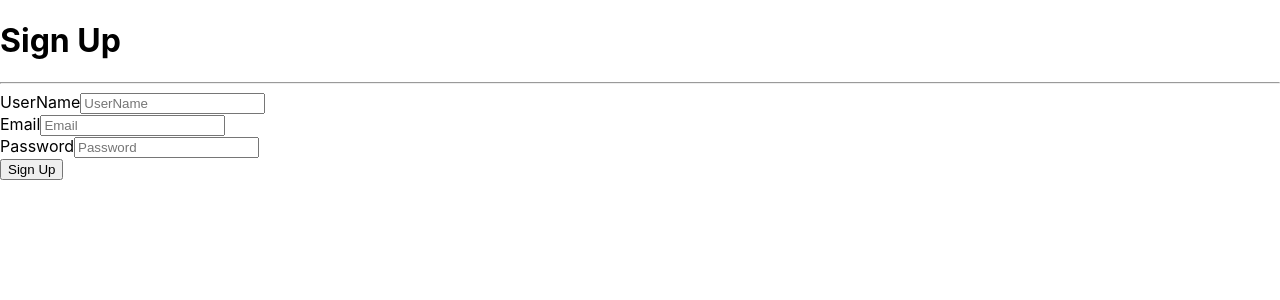
Repository: tosaken1116/Backs-of-seniors-hackathon
Page: /components/SignUpModal
An editor plug-in stored every save of this project. The page is shown before and after the next save, followed by the edit.
The browser window is 1280 px wide. The pictures show the whole page.
The project was rebuilt for these pictures with package versions that can differ from the ones it lists, and the page was loaded fresh each time. The framework's server and built-in components were replaced by stand-ins that run in the browser. Also part of the build but not shown: next.config.js.

Above is the page before, as saved 2022-07-16 12:49:18.

After the next save:
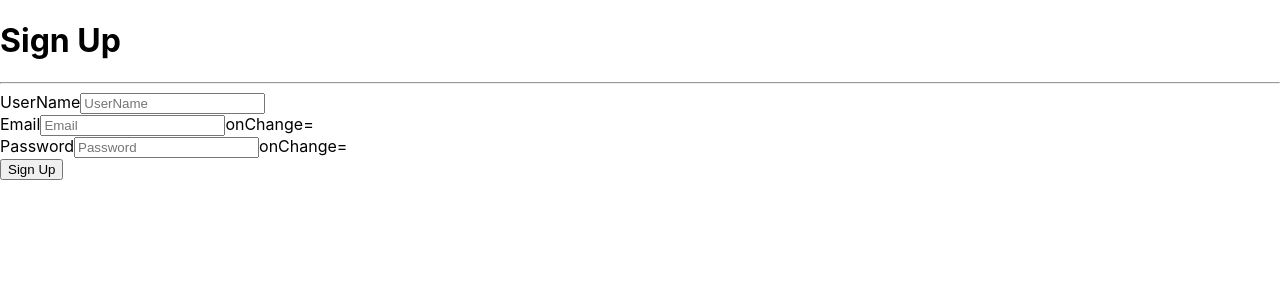
Saved 2 min 3 s later.
--- a/pages/components/SignUpModal.tsx
+++ b/pages/components/SignUpModal.tsx
@@ -6,7 +6,7 @@
     //console.log(e.target.value);
     const { name, value } = e.target;
     setFormValues({ ...formValues, [name]: value });
-    console.log(formValues);
+    //console.log(formValues);
   };
   return (
     <div className="formcontainer">
@@ -26,10 +26,12 @@
           <div className="formField">
             <label>Email</label>
             <input type="text" placeholder="Email" name="email" />
+            onChange={(e) => handleChange(e)}
           </div>
           <div className="formField">
             <label>Password</label>
             <input type="text" placeholder="Password" name="password" />
+            onChange={(e) => handleChange(e)}
           </div>
           <button className="SubmitButton">Sign Up</button>
         </div>

After the save that followed:
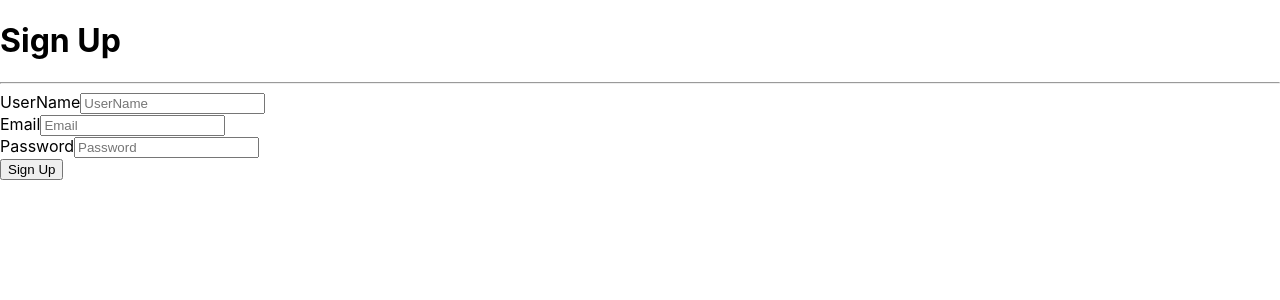
Saved 36 s later.
--- a/pages/components/SignUpModal.tsx
+++ b/pages/components/SignUpModal.tsx
@@ -25,13 +25,21 @@
           </div>
           <div className="formField">
             <label>Email</label>
-            <input type="text" placeholder="Email" name="email" />
-            onChange={(e) => handleChange(e)}
+            <input
+              type="text"
+              placeholder="Email"
+              name="email"
+              onChange={(e) => handleChange(e)}
+            />
           </div>
           <div className="formField">
             <label>Password</label>
-            <input type="text" placeholder="Password" name="password" />
-            onChange={(e) => handleChange(e)}
+            <input
+              type="text"
+              placeholder="Password"
+              name="password"
+              onChange={(e) => handleChange(e)}
+            />
           </div>
           <button className="SubmitButton">Sign Up</button>
         </div>
